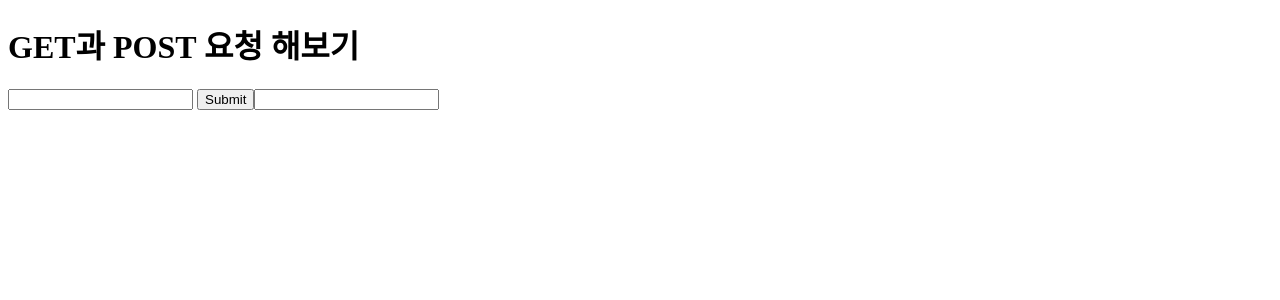
Repository: Kimgigon123123/JspServlet
Page: WorkSpace/01.HelloJspServlet/src/main/webapp/getpost.html
The author's editor kept a copy of each file at every save. The page is drawn from the files as they stood at one save, then again after the next save.
The browser window is 1280 px wide. The pictures show the whole page.

Above is the page before, as saved 2023-05-18 01:56:50.

### WorkSpace/01.HelloJspServlet/src/main/webapp/getpost.html
<!DOCTYPE html>
<html>
<head>
<meta charset="UTF-8">
<title>Insert title here</title>
</head>
<body>
 	<h1> GET과 POST 요청 해보기</h1>
 	<!-- text값을 요청할 수 있는 폼태그 하나 만들고 요청해보기(submit) -->
 	<form>
 	<input type = text></input>
 	<input type = submit><input>
 	</form>
</body>
</html>

After the next save:
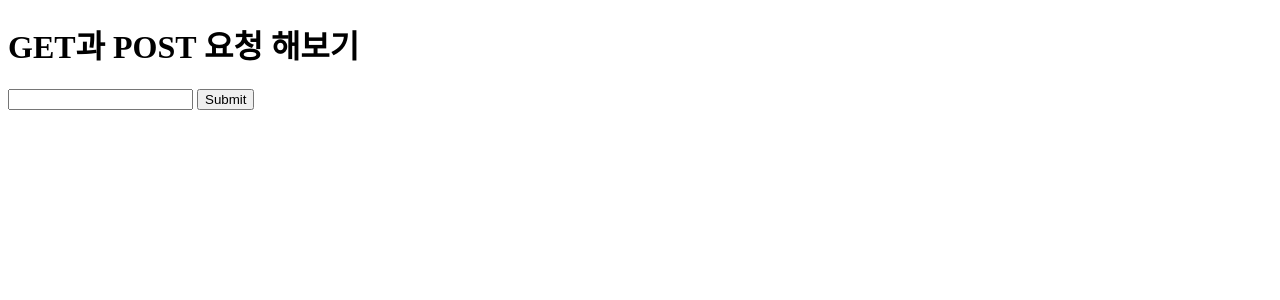
Saved 27 s later.
--- a/WorkSpace/01.HelloJspServlet/src/main/webapp/getpost.html
+++ b/WorkSpace/01.HelloJspServlet/src/main/webapp/getpost.html
@@ -9,7 +9,7 @@
  	<!-- text값을 요청할 수 있는 폼태그 하나 만들고 요청해보기(submit) -->
  	<form>
  	<input type = text></input>
- 	<input type = submit><input>
+ 	<input type = submit></input>
  	</form>
 </body>
 </html>
